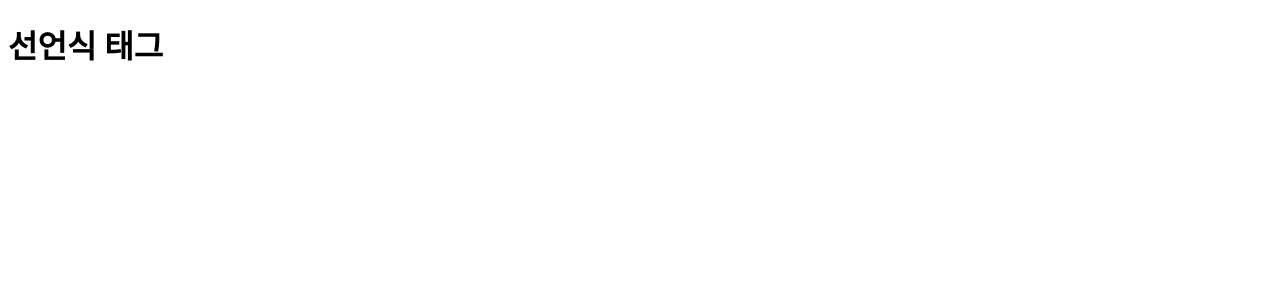
Repository: JWbase/Web_JAVA
Page: http://localhost/04_jspProject/jsp/declrationTag.jsp
These files come from the project's save history. The page is drawn as it stood at one moment and after the next save; the edit follows.
The browser window is 1280 px wide. The pictures show the whole page.
The page is served by Tomcat 9.

Above is the page before, as saved 2022-08-30 06:50:27.

After the next save:
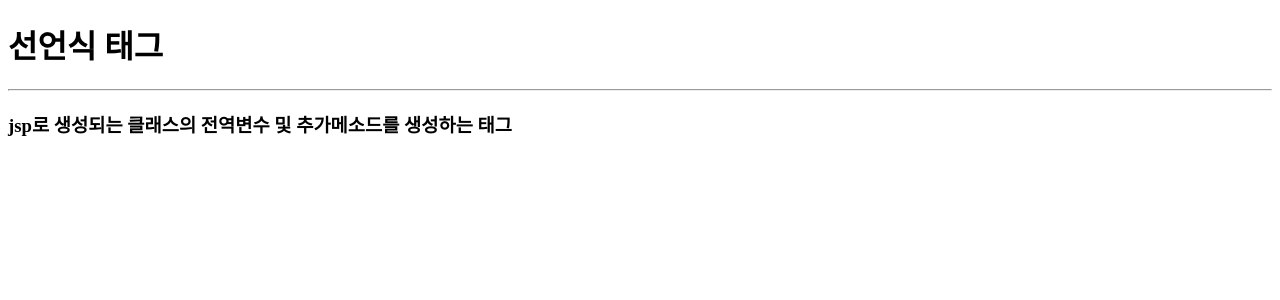
Saved 24 s later.
--- a/web-workspace/04_jspProject/src/main/webapp/jsp/declrationTag.jsp
+++ b/web-workspace/04_jspProject/src/main/webapp/jsp/declrationTag.jsp
@@ -8,5 +8,7 @@
 </head>
 <body>
 	<h1>선언식 태그</h1>
+	<hr>
+	<h3>jsp로 생성되는 클래스의 전역변수 및 추가메소드를 생성하는 태그</h3>
 </body>
 </html>
